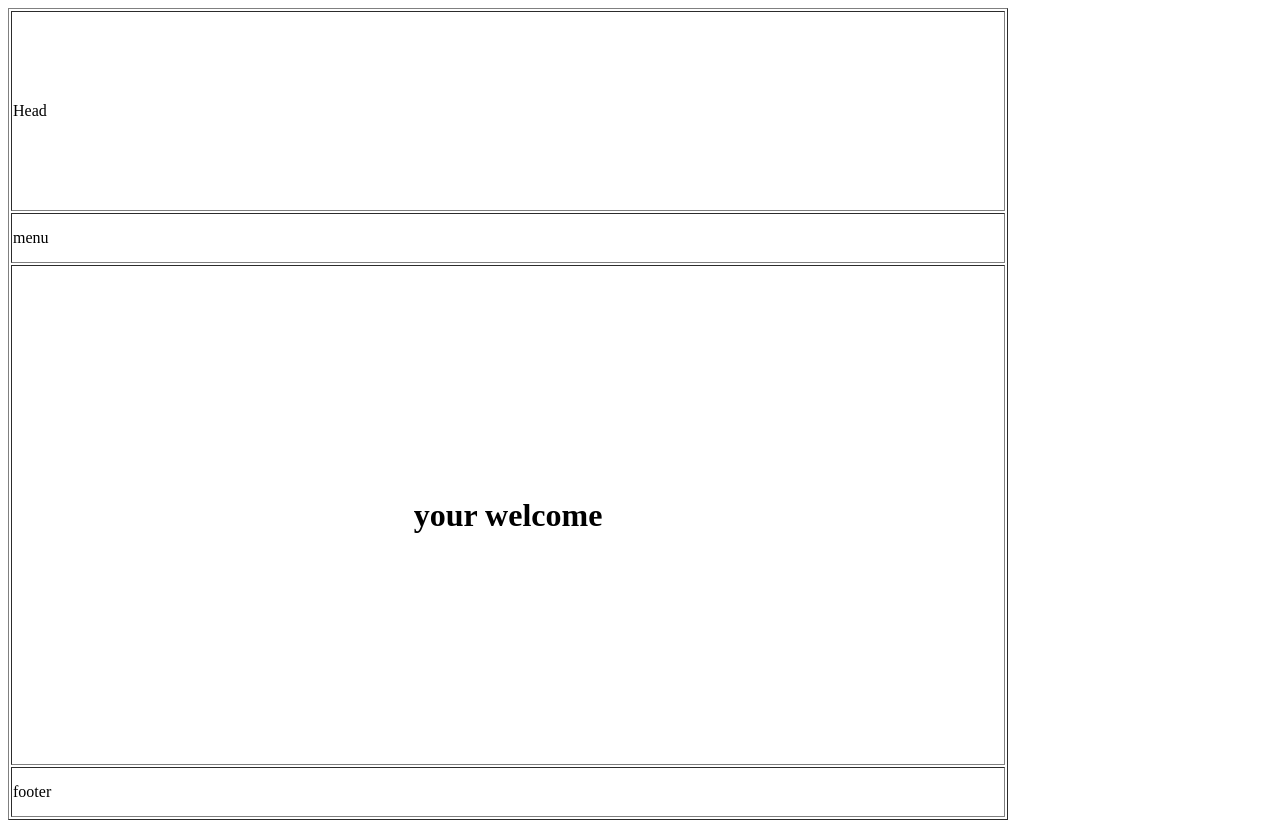
Repository: PraveenRavipati/MyWork
Page: http://localhost/LoginProperty/NewFile.jsp
The author's editor kept a copy of each file at every save. The page is drawn from the files as they stood at one save, then again after the next save.
The browser window is 1280 px wide. The pictures show the whole page.
The page is served by Tomcat 9. Other server files are loaded and not shown.

Above is the page before, as saved 2014-06-04 10:22:36.

### Java/workspaces/office Java WorkScapces/training/LoginProperty/WebContent/NewFile.jsp
<%@ page language="java" contentType="text/html; charset=UTF-8"
    pageEncoding="UTF-8"%>
<!DOCTYPE html PUBLIC "-//W3C//DTD HTML 4.01 Transitional//EN" "http://www.w3.org/TR/html4/loose.dtd">
<html>
<head>
<meta http-equiv="Content-Type" content="text/html; charset=UTF-8">
<title>Insert title here</title>
</head>
<body>
        <table border="1" width="1000">
        <tr height="200">
            <td>Head</td>
        </tr>
        <tr height="50">
            <td>menu</td>
        </tr>
        <tr height="500">
            <td>

            <h1 align="center">your welcome</h1>
            </td>
        </tr>
        <tr height="50">
            <td>footer</td>
        </tr>
    </table>
</body>
</html>

After the next save:
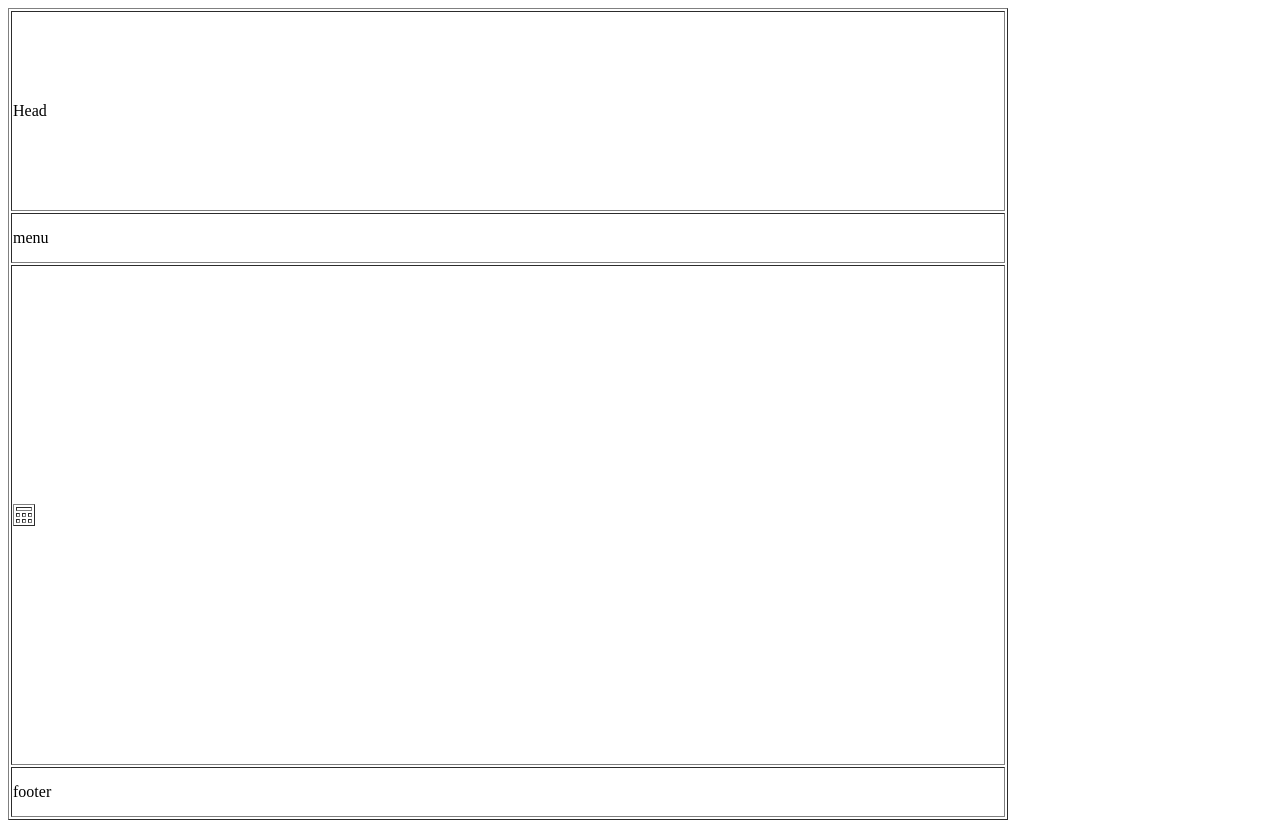
Saved 43 s later.
--- a/Java/workspaces/office Java WorkScapces/training/LoginProperty/WebContent/NewFile.jsp
+++ b/Java/workspaces/office Java WorkScapces/training/LoginProperty/WebContent/NewFile.jsp
@@ -17,7 +17,23 @@
         <tr height="500">
             <td>
 
-            <h1 align="center">your welcome</h1>
+            <table border="1">
+                    <tr>
+                        <td colspan="3">
+
+                        </td>
+                    </tr>
+                    <tr>
+                        <td></td>
+                        <td></td>
+                        <td></td>
+                    </tr>
+                    <tr>
+                        <td></td>
+                        <td></td>
+                        <td></td>
+                    </tr>
+                </table>
             </td>
         </tr>
         <tr height="50">
